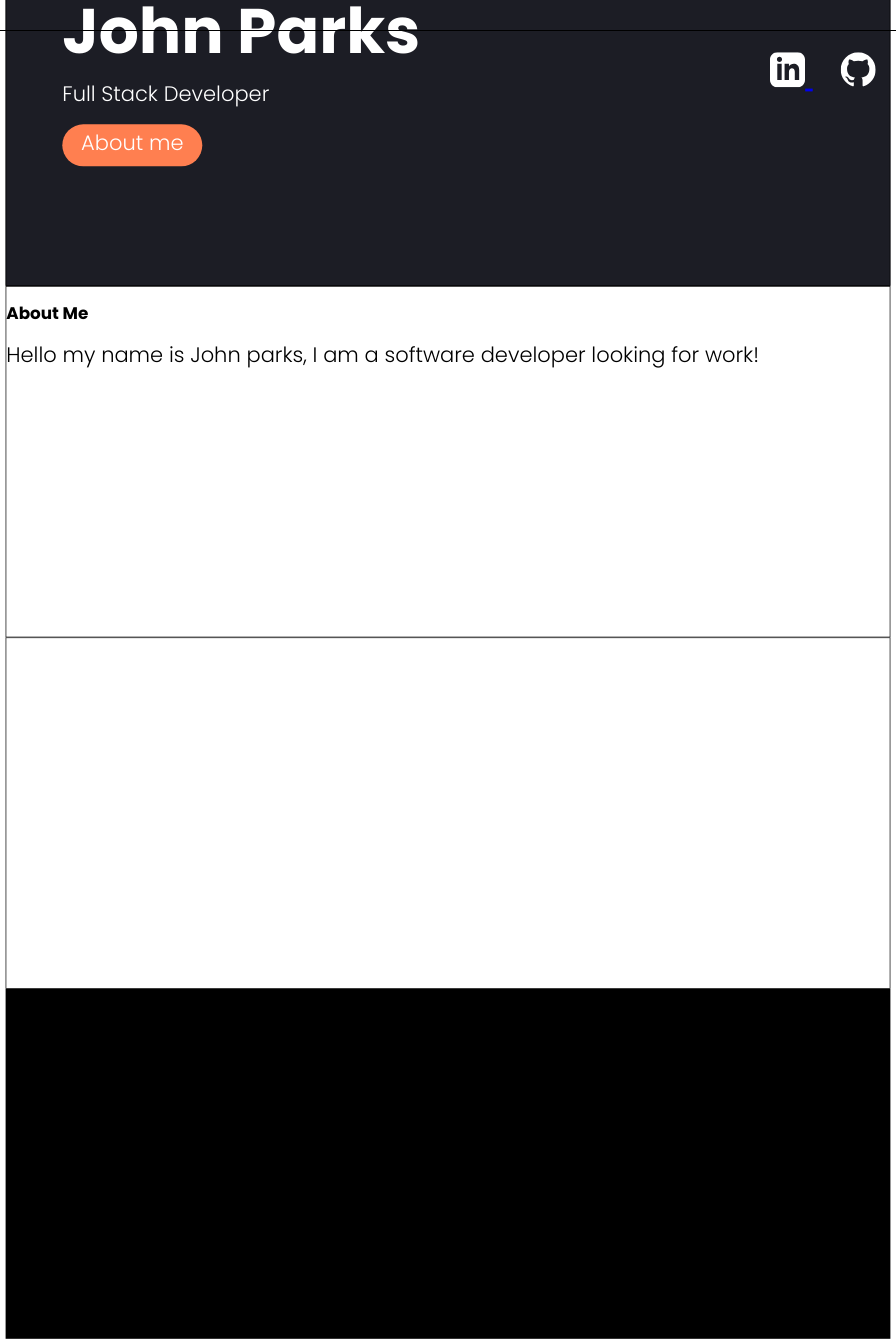
Repository: Jcparks84/Portfolio
Page: index.html
These files come from the project's save history. The page is drawn as it stood at one moment and after a run of saves; the edit follows.
The browser window is 1280 px wide. The pictures show the part of the page from y = 322 to 2242 px (the page is 2242 px tall before and 1853 px after), at 70% of full size.
A picture or video elsewhere on the page could not be fetched, so the positions and the page height are approximate.

Above is the page before, as saved 2022-08-10 15:34:26.

### index.html
<!DOCTYPE html>
<html>
    <head>
        <link rel="stylesheet" href="src/styles.css"/>
        <link rel="preconnect" href="https://fonts.googleapis.com">
        <link rel="preconnect" href="https://fonts.gstatic.com" crossorigin>
        <link href="https://fonts.googleapis.com/css2?family=Poppins:wght@300;400;600;700;800&display=swap" rel="stylesheet">
        <title>Portfolio</title>
        <meta charset="UTF-8" />
    </head>
    <body>
        <section class="hero">
            <nav>
                <img class="logo" src="src/images/coding-png-11.png" alt="John's Logo"/>
                <ul>
                    <li>About Me</li>
                    <li>Projects</li>
                    <li>Contact Me</li>
                </ul>
            </nav>
            <div class="hero-area">
                <div class="hero-text">
                <h1>John Parks</h1>
                <p>Full Stack Developer</p>
                <div class="button">About me</div>
            </div>
            <div class="socials">
                <!-- lnkedin -->
                <a href="https://www.linkedin.com/in/jcparks84/" class="social">
                    <svg xmlns="http://www.w3.org/2000/svg" fill="#ffffff" width="50" height="50" viewBox="0 0 24 24"><path d="M19 0h-14c-2.761 0-5 2.239-5 5v14c0 2.761 2.239 5 5 5h14c2.762 0 5-2.239 5-5v-14c0-2.761-2.238-5-5-5zm-11 19h-3v-11h3v11zm-1.5-12.268c-.966 0-1.75-.79-1.75-1.764s.784-1.764 1.75-1.764 1.75.79 1.75 1.764-.783 1.764-1.75 1.764zm13.5 12.268h-3v-5.604c0-3.368-4-3.113-4 0v5.604h-3v-11h3v1.765c1.396-2.586 7-2.777 7 2.476v6.759z"/></svg>
                </a>
                <!-- Github -->
                <a href="https://github.com/Jcparks84" class="social">
                    <svg xmlns="http://www.w3.org/2000/svg" fill="#ffffff" width="50" height="50" viewBox="0 0 24 24"><path d="M12 0c-6.626 0-12 5.373-12 12 0 5.302 3.438 9.8 8.207 11.387.599.111.793-.261.793-.577v-2.234c-3.338.726-4.033-1.416-4.033-1.416-.546-1.387-1.333-1.756-1.333-1.756-1.089-.745.083-.729.083-.729 1.205.084 1.839 1.237 1.839 1.237 1.07 1.834 2.807 1.304 3.492.997.107-.775.418-1.305.762-1.604-2.665-.305-5.467-1.334-5.467-5.931 0-1.311.469-2.381 1.236-3.221-.124-.303-.535-1.524.117-3.176 0 0 1.008-.322 3.301 1.23.957-.266 1.983-.399 3.003-.404 1.02.005 2.047.138 3.006.404 2.291-1.552 3.297-1.23 3.297-1.23.653 1.653.242 2.874.118 3.176.77.84 1.235 1.911 1.235 3.221 0 4.609-2.807 5.624-5.479 5.921.43.372.823 1.102.823 2.222v3.293c0 .319.192.694.801.576 4.765-1.589 8.199-6.086 8.199-11.386 0-6.627-5.373-12-12-12z"/></svg>
                </a>
            </div>
        </div>
        </section>
        <section>
            <div class="info">
                <h2>About Me</h2>
                <p>Hello my name is John parks, I am a software developer looking for work!</p>
            </div>

        </section>
        <section></section>
        <footer></footer>

        <script src="src/app.js"></script>
    </body>
</html>

### src/styles.css
body {
    font-family: 'Poppins', sans-serif;

}

section {
    height: 500px;
    background-color: white;
    border: solid black 1px;
}

.hero {
    background-color: #1c1d25;
    height: 100vh;
    color: white;
    font-size: 40px;
}

footer {
    height: 500px;
    background-color: black;
}

nav {
    display: flex;
    justify-content: space-between;
}

ul {
    display: flex;
    list-style-type: none;
    width: 500px;
    justify-content: space-around;
    font-size: 30px;
}

li {
    text-decoration: none;
}

h1 {
    font-size: 90px;
    margin: 0;
}

p {
    margin: 0;
    font-size: 30px;
    font-weight: 300;
}

.hero-area {
    display: flex;
    height: 100%;
    justify-content: space-between;
    align-items: center;
}

.hero-text {
    margin-left: 80px;
    margin-bottom: 200px;
}

.button {
    width: 200px;
    height: 55px;
    border-radius: 30px;
    background-color: coral;
    text-align: center;
    font-size: 30px;
    font-weight: 300;
    padding-top: 5px;
    margin-top: 20px;
}

.button:hover {
    background-color: #ef744b;
}

.button:active {
    background-color: #A9A9A9;
    color: #808080;
}

.socials {
    padding-bottom: 200px;
}

.logo {
    height: 100px;
    margin: 30px;
}

.social {
    margin: 20px
}

Loaded but not shown: src/app.js (no stored copy; drawn as an empty file)

After the next 3 saves:
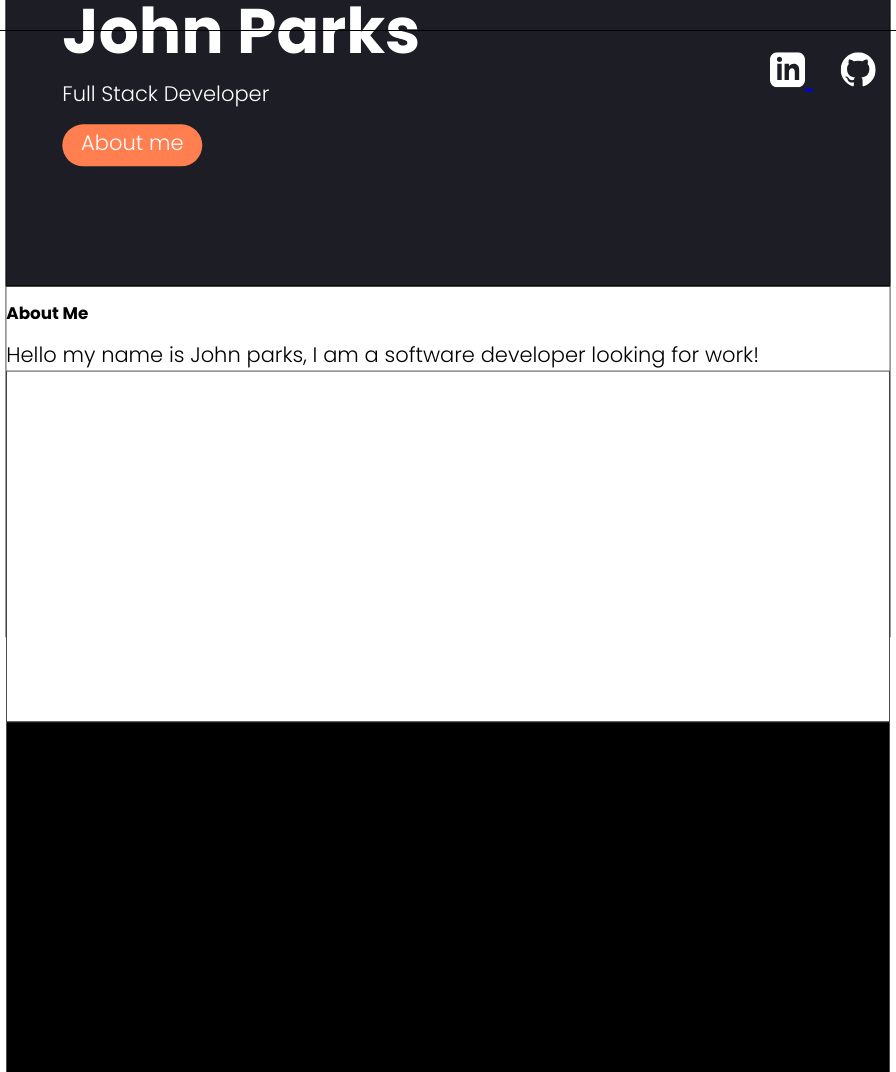
The 3 saves are shown as one change because they came seconds apart.
The last was saved 31 s later.
--- a/index.html
+++ b/index.html
@@ -41,6 +41,7 @@
                 <h2>About Me</h2>
                 <p>Hello my name is John parks, I am a software developer looking for work!</p>
             </div>
+            <di
 
         </section>
         <section></section>

After the save that followed:
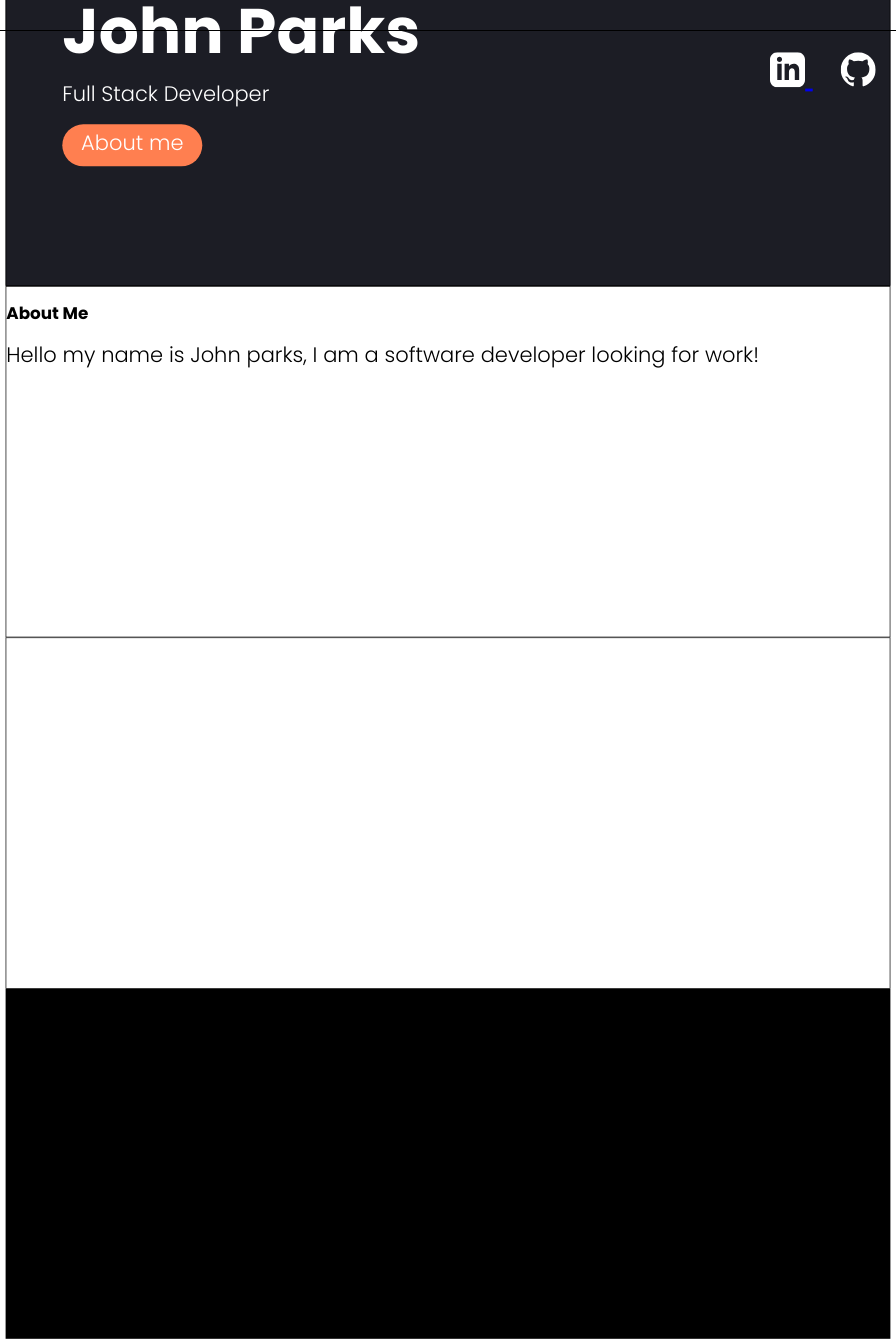
Saved 6 s later.
--- a/index.html
+++ b/index.html
@@ -41,7 +41,7 @@
                 <h2>About Me</h2>
                 <p>Hello my name is John parks, I am a software developer looking for work!</p>
             </div>
-            <di
+            <div></div>
 
         </section>
         <section></section>
